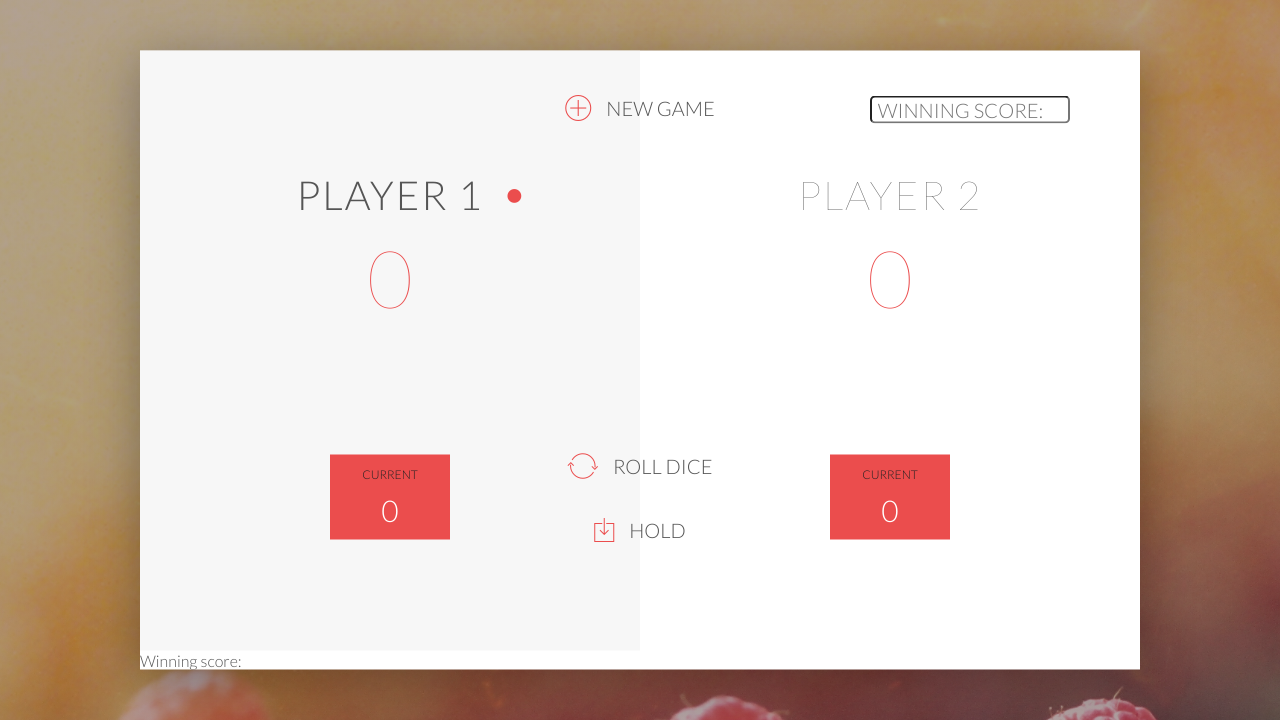
Repository: hexanek/hexanek.github.io
Page: pig-game/index.html
These files come from the project's save history. The page is drawn as it stood at one moment and after the next save; the edit follows.
The browser window is 1280 px wide. The pictures show the whole page.

Above is the page before, as saved 2019-12-19 23:55:53.

### pig-game/index.html
<!DOCTYPE html>
<html lang="en">
    <head>
        <meta charset="UTF-8">
        <link href="https://fonts.googleapis.com/css?family=Lato:100,300,600" rel="stylesheet" type="text/css">
        <link href="http://code.ionicframework.com/ionicons/2.0.1/css/ionicons.min.css" rel="stylesheet" type="text/css">
        <link type="text/css" rel="stylesheet" href="style.css">

        <title>Pig Game</title>
    </head>

    <body>
        <div class="wrapper clearfix">
            <div class="player-0-panel active">
                <div class="player-name" id="name-0">Player 1</div>
                <div class="player-score" id="score-0">43</div>
                <div class="player-current-box">
                    <div class="player-current-label">Current</div>
                    <div class="player-current-score" id="current-0">11</div>
                </div>
            </div>

            <div class="player-1-panel">
                <div class="player-name" id="name-1">Player 2</div>
                <div class="player-score" id="score-1">72</div>
                <div class="player-current-box">
                    <div class="player-current-label">Current</div>
                    <div class="player-current-score" id="current-1">0</div>
                </div>
            </div>

            <button class="btn-new"><i class="ion-ios-plus-outline"></i>New game</button>
            <button class="btn-roll"><i class="ion-ios-loop"></i>Roll dice</button>
            <button class="btn-hold"><i class="ion-ios-download-outline"></i>Hold</button>
            <!-- <button class="btn-save" form="formScore"><i class="ion-archive"></i>Save</button> -->
            <!-- <form class="form-score" id="formScore"> -->
            Winning score: <input class="input-score" type="number" name="WinningScore" placeholder="Winning score: " id="winScore">
            <!-- </form> -->
            <img src="dice-5.png" alt="Dice" class="dice">
            <img src="dice-5.png" alt="Dice2" class="dice2" id="dice2">

        </div>

        <script src="app.js"></script>
    </body>
</html>

### pig-game/style.css
/**********************************************
*** GENERAL
**********************************************/

* {
    margin: 0;
    padding: 0;
    box-sizing: border-box;

}

.clearfix::after {
    content: "";
    display: table;
    clear: both;
}

body {
    background-image: linear-gradient(rgba(62, 20, 20, 0.4), rgba(62, 20, 20, 0.4)), url(back.jpg);
    background-size: cover;
    background-position: center;
    font-family: Lato;
    font-weight: 300;
    position: relative;
    height: 100vh;
    color: #555;
}

.wrapper {
    width: 1000px;
    position: absolute;
    top: 50%;
    left: 50%;
    transform: translate(-50%, -50%);
    background-color: #fff;
    box-shadow: 0px 10px 50px rgba(0, 0, 0, 0.3);
    overflow: hidden;
}

.player-0-panel,
.player-1-panel {
    width: 50%;
    float: left;
    height: 600px;
    padding: 100px;
}



/**********************************************
*** PLAYERS
**********************************************/

.player-name {
    font-size: 40px;
    text-align: center;
    text-transform: uppercase;
    letter-spacing: 2px;
    font-weight: 100;
    margin-top: 20px;
    margin-bottom: 10px;
    position: relative;
}

.player-score {
    text-align: center;
    font-size: 80px;
    font-weight: 100;
    color: #EB4D4D;
    margin-bottom: 130px;
}

.active { background-color: #f7f7f7; }
.active .player-name { font-weight: 300; }

.active .player-name::after {
    content: "\2022";
    font-size: 47px;
    position: absolute;
    color: #EB4D4D;
    top: -7px;
    right: 10px;

}

.player-current-box {
    background-color: #EB4D4D;
    color: #fff;
    width: 40%;
    margin: 0 auto;
    padding: 12px;
    text-align: center;
}

.player-current-label {
    text-transform: uppercase;
    margin-bottom: 10px;
    font-size: 12px;
    color: #222;
}

.player-current-score {
    font-size: 30px;
}

button {
    position: absolute;
    width: 200px;
    left: 50%;
    transform: translateX(-50%);
    color: #555;
    background: none;
    border: none;
    font-family: Lato;
    font-size: 20px;
    text-transform: uppercase;
    cursor: pointer;
    font-weight: 300;
    transition: background-color 0.3s, color 0.3s;
}


button:hover { font-weight: 600; }
button:hover i { margin-right: 20px; }

button:focus {
    outline: none;
}

i {
    color: #EB4D4D;
    display: inline-block;
    margin-right: 15px;
    font-size: 32px;
    line-height: 1;
    vertical-align: text-top;
    margin-top: -4px;
    transition: margin 0.3s;
}

.btn-new { top: 45px;}
.btn-roll { top: 403px;}
.btn-hold { top: 467px;}
.btn-save {
    left: 90%;
    top: 45px;
}
/* .input-score {
     top: 83px;
     position: absolute;
    width: 53px;
    left: 50%;
    transform: translateX(-50%);
    color: #555;
    background: none;
    border-radius: 5px;
    font-family: Lato;
    font-size: 20px;
    text-transform: uppercase;
    cursor: default;
    font-weight: 300;
    transition: background-color 0.3s, color 0.3s;
    } */
.input:focus{
    border: 3px solid #555;
}
/* .form-score{
    top: 45px;
     position: absolute;
    width: 240px;
    left: 73%;
    transform: translateX(-50%);
    color: #555;
    background: none;
    border-radius: 5px;
    font-family: Lato;
    font-size: 20px;
    text-transform: uppercase;
    cursor: default;
    font-weight: 300;
    transition: background-color 0.3s, color 0.3s;
} */
.input-score {
    position: absolute;
    top: 45px;
    left: 73%;
    text-align: center;
    width: 200px;
    color: #555;
    background: none;
    border-radius: 5px;
    font-family: Lato;
    font-size: 20px;
    text-transform: uppercase;
    cursor: default;
    font-weight: 300;
    transition: background-color 0.3s, color 0.3s;
}

.dice {
    position: absolute;
    left: 55%;
    top: 178px;
    transform: translateX(-50%);
    height: 100px;
    box-shadow: 0px 10px 60px rgba(0, 0, 0, 0.10);
}
.dice2 {
    position: absolute;
    left: 45%;
    top: 178px;
    transform: translateX(-50%);
    height: 100px;
    box-shadow: 0px 10px 60px rgba(0, 0, 0, 0.10);
}

.winner { background-color: #f7f7f7; }
.winner .player-name { font-weight: 300; color: #EB4D4D; }

### pig-game/app.js

var scores, roundScore, activePlayer, gamePlaying, doubleSix, winScore, dice2, doubleSix2;
    init();



document.querySelector('.btn-roll').addEventListener('click', function(){
    if(gamePlaying){
    var dice = Math.floor(Math.random() * 6) + 1;
    var dice2 = Math.floor(Math.random() * 6) + 1;


    var diceDom = document.querySelector('.dice');
    diceDom.style.display = 'block';
    diceDom.src = 'dice-' + dice + '.png';

    var dice2Dom = document.querySelector('.dice2');
    dice2Dom.style.display = 'block';
    dice2Dom.src = 'dice-' + dice2 + '.png';

    if((dice === 6 && doubleSix === 6) || (dice2 === 6 && doubleSix2 === 6)){

        scores[activePlayer] = 0;
        document.querySelector('#score-' + activePlayer).textContent = scores[activePlayer];
        nextPlayer();
    }

    else if(dice !== 1 && doubleSix !== dice && doubleSix !== dice2) {

        roundScore += dice;
        roundScore += dice2;
        document.querySelector('#current-' + activePlayer).textContent = roundScore;

    } else {

        nextPlayer();


    }
    doubleSix = dice;
    doubleSix2 = dice2;

}


});




document.querySelector('.btn-hold').addEventListener('click', function(){
    if(gamePlaying){
    scores[activePlayer] += roundScore;
    document.querySelector('#score-' + activePlayer).textContent = scores[activePlayer];


    if (scores[activePlayer] >= winScore) {
        document.getElementById('name-' + activePlayer).textContent = 'Winner!';
        document.querySelector('.player-'+activePlayer+ '-panel').classList.add('winner');
        document.querySelector('.player-'+activePlayer+ '-panel').classList.remove('active');
        document.querySelector('.dice').style.display = 'none';
        document.querySelector('.dice2').style.display = 'none';
        gamePlaying = false;


    } else {
        nextPlayer();

    }
}
});

document.querySelector('.btn-new').addEventListener('click',  init);


function nextPlayer(){
    activePlayer === 0 ? activePlayer = 1 : activePlayer = 0;
        roundScore = 0;
        document.getElementById('current-0').textContent = '0';
        document.getElementById('current-1').textContent = '0';

        document.querySelector('.player-0-panel').classList.toggle('active');
        document.querySelector('.player-1-panel').classList.toggle('active');

        document.querySelector('.dice').style.display = 'none';
        document.querySelector('.dice2').style.display = 'none';
}

function init(){
    scores = [0,0];
    roundScore = 0;
    activePlayer = 0;
    gamePlaying = true;

    document.querySelector('.dice').style.display = 'none';
    document.querySelector('.dice2').style.display = 'none';

    //document.querySelector('#current-'+ activePlayer).textContent = dice;
    document.getElementById('score-0').textContent = '0';
    document.getElementById('score-1').textContent = '0';
    document.getElementById('current-0').textContent = '0';
    document.getElementById('current-1').textContent = '0';
    document.getElementById('name-0').textContent = 'Player 1';
    document.getElementById('name-1').textContent = 'Player 2';
    document.querySelector('.player-0-panel').classList.remove('winner');
    document.querySelector('.player-1-panel').classList.remove('winner');
    document.querySelector('.player-0-panel').classList.remove('active');
    document.querySelector('.player-1-panel').classList.remove('active');
    document.querySelector('.player-0-panel').classList.add('active');
    winScore = document.getElementById('winScore').value;


}

After the next save:
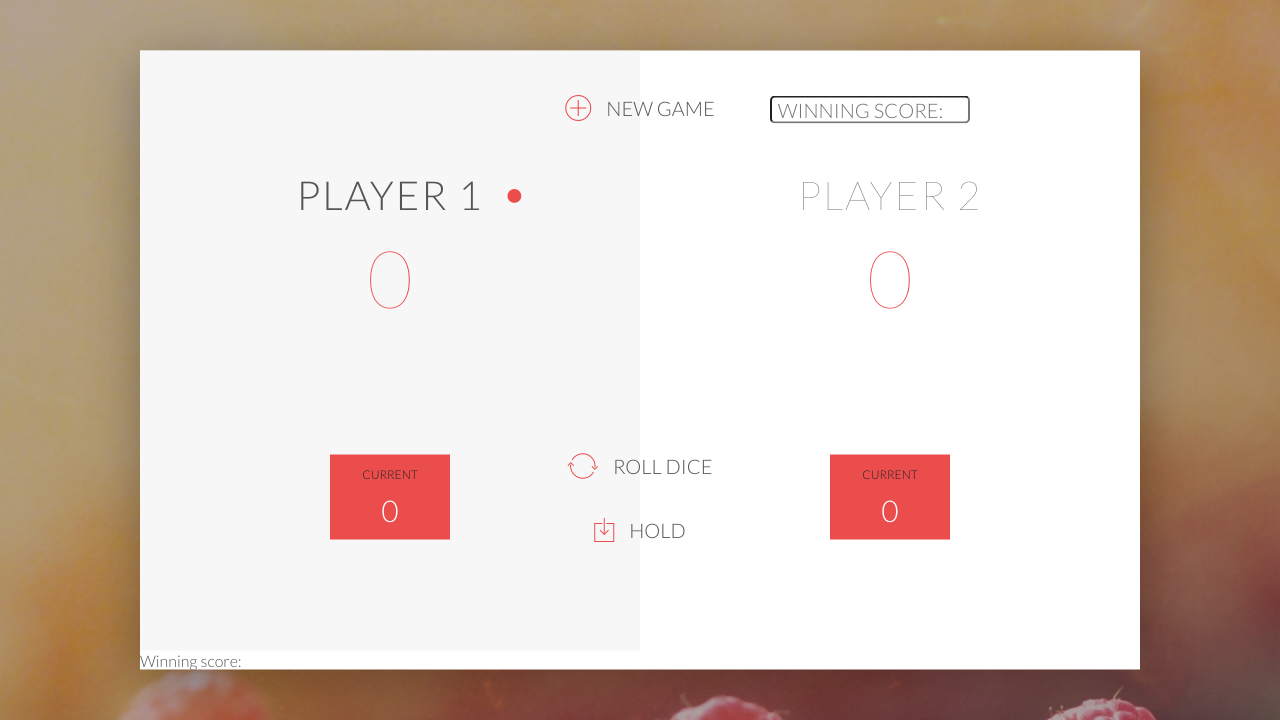
Saved 7 s later.
--- a/pig-game/style.css
+++ b/pig-game/style.css
@@ -183,7 +183,7 @@ i {
 .input-score {
     position: absolute;
     top: 45px;
-    left: 73%;
+    left: 63%;
     text-align: center;
     width: 200px;
     color: #555;
